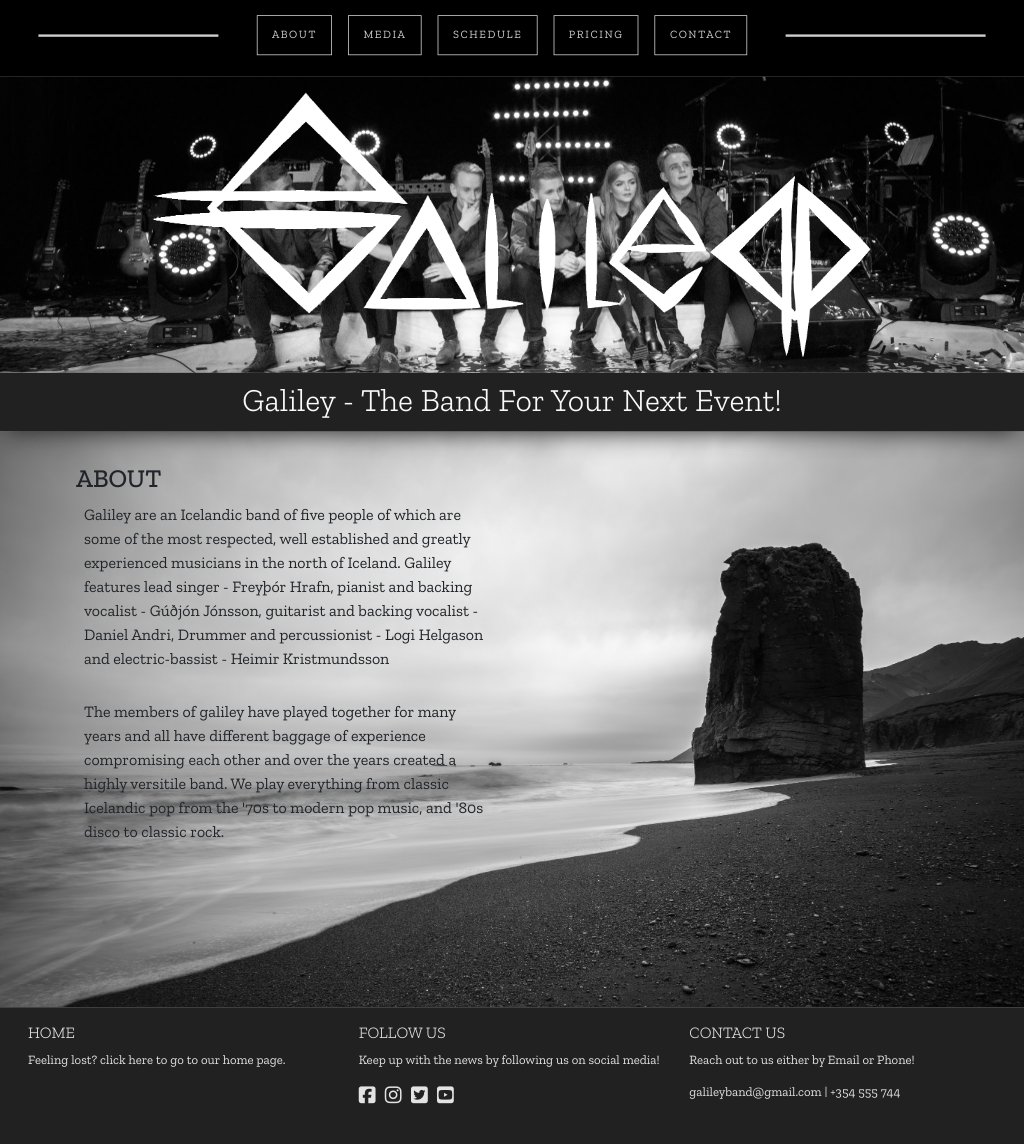
Repository: HeimirDavid/Galiley-Website
Page: index.html
The author's editor kept a record of every edit. The page is drawn from the files as they stood at one moment, then again after the next edit.
The browser window is 1280 px wide. The pictures show the whole page, at 80% of full size.
Backgrounds fixed to the window are drawn as part of the page. Some web libraries are served in a nearby version.

Above is the page before.

### index.html
<!DOCTYPE html>
<html lang="en">

<head>
    <meta charset="UTF-8">
    <meta name="viewport" content="width=device-width, initial-scale=1.0">
    <meta http-equiv="X-UA-Compatible" content="ie=edge">

    <link rel="stylesheet" href="https://stackpath.bootstrapcdn.com/bootstrap/4.3.1/css/bootstrap.min.css" integrity="sha384-ggOyR0iXCbMQv3Xipma34MD+dH/1fQ784/j6cY/iJTQUOhcWr7x9JvoRxT2MZw1T" crossorigin="anonymous">
    <link rel="stylesheet" href="https://cdnjs.cloudflare.com/ajax/libs/hover.css/2.3.1/css/hover-min.css" type="text/css" />
    <link rel="stylesheet" href="assets/css/style.css" type="text/css" />

    <script src="https://code.jquery.com/jquery-3.3.1.slim.min.js" integrity="sha384-q8i/X+965DzO0rT7abK41JStQIAqVgRVzpbzo5smXKp4YfRvH+8abtTE1Pi6jizo" crossorigin="anonymous"></script>
    <script src="https://cdnjs.cloudflare.com/ajax/libs/popper.js/1.14.7/umd/popper.min.js" integrity="sha384-UO2eT0CpHqdSJQ6hJty5KVphtPhzWj9WO1clHTMGa3JDZwrnQq4sF86dIHNDz0W1" crossorigin="anonymous"></script>
    <script src="https://stackpath.bootstrapcdn.com/bootstrap/4.3.1/js/bootstrap.min.js" integrity="sha384-JjSmVgyd0p3pXB1rRibZUAYoIIy6OrQ6VrjIEaFf/nJGzIxFDsf4x0xIM+B07jRM" crossorigin="anonymous"></script>
    <script src="https://kit.fontawesome.com/2ea8c5e5d2.js" crossorigin="anonymous"></script>

    <title>Galiley</title>
</head>

<body>
    <header>
        <!------ Header Navigation Menu, Mainly written with bootstrap  ------>
        <div class="row no-gutters">
            <div class="col black-container">
                <nav class="navbar fixed-top navbar-expand-md navbar-dark bg-dark" id="navbar-black-color"> <!-- Navbar position with help of this  -->
                    <a class="navbar-brand" href="index.html">Galiley - Home</a>                            <!-- tutorial: https://www.youtube.com/watch?v=NzjU1GmKosQ&t=90s  -->
                    <button class="navbar-toggler" type="button" data-toggle="collapse" data-target="#navbarSupportedContent" aria-controls="navbarSupportedContent" aria-expanded="false" aria-label="Toggle navigation">
                    <span class="navbar-toggler-icon"></span></button>
                    <div class="collapse navbar-collapse" id="navbarSupportedContent">
                        <ul class="navbar-nav m-auto">
                            <li class="nav-item menuitem">
                                <a class="nav-link" href="index.html"><span>About</span></a>
                            </li>
                            <li class="nav-item menuitem">
                                <a class="nav-link" href="media.html"><span>Media</span></a>
                            </li>
                            <li class="nav-item menuitem">
                                <a class="nav-link" href="schedule.html"><span>Schedule</span></a>
                            </li>
                            <li class="nav-item menuitem">
                                <a class="nav-link" href="pricing.html"><span>Pricing</span></a>
                            </li>
                            <li class="nav-item menuitem">
                                <a class="nav-link" href="contact.html"><span>Contact</span></a>
                            </li>
                        </ul>
                    </div>
                </nav>
            </div>
        </div>

        <!------ Header Logo Image ------>
        <div class="logo-container">
            <div class="row no-gutters">
                <div class="col header-background-img">
                    <a href="#">
                    <img class="logo-white" src="assets/images/galiley_vit.png">
                </a>
                </div>
            </div>
        </div>

        <!------ Header Text  ------>
        <div class="row no-gutters">
            <div class="col h1-heading">
                <h1>Galiley - The Band For Your Next Event!</h1>
            </div>
        </div>
    </header>

    <!-- About section, inspired by sample projects at CI more specific Haley Schafer - StudentExampleProjectGradeFive-->
    <section id="about-image">
        <div class="container">
            <div class="row about-row">
                <div class="col-md-6">
                    <h2 class="header-h2 uppercase">
                        About
                    </h2>
                    <p class="about-text">
                        Galiley are an Icelandic band of five people of which are some of the most respected, well established
                        and greatly experienced musicians in the north of Iceland. Galiley features lead singer - Freyþór Hrafn,
                        pianist and backing vocalist - Gúðjón Jónsson, guitarist and backing vocalist - Daniel Andri, Drummer and
                        percussionist - Logi Helgason and electric-bassist - Heimir Kristmundsson
                    </p>
                    <p class="about-text">
                        The members of galiley have played together for many
                        years and all have different baggage of experience compromising each other and over the years created a highly
                        versitile band. We play everything from classic Icelandic pop from the '70s to modern pop music, and
                        '80s disco to classic rock.
                    </p>
                </div>
            </div>
        </div>
    </section>

    <footer>        <!------ Footer section, Mainly structured and written with the help from CI tutorials from the Resume-Project.
                             Since i liked the design and strucure and felt that it fits well within this project. ------>
        <div class="container-fluid">
            <div class="row" id="footer-details">
                <div class="col-sm-4">
                    <h5 class="uppercase footer-heading">
                        <a href="index.html" class="footer-links">Home</a>
                    </h5>
                    <p class="inline-block">Feeling lost? click here to go to our home page.</p>
                </div>

                <div class="col-sm-4">
                    <h5 class="uppercase footer-heading">Follow Us</h5>
                    <p class="inline-block">Keep up with the news by following us on social media!</p>
                    <ul class="list-inline social-media-links">
                        <li class="list-inline-item">
                            <a class="footer-links" target="_blank" href="https://www.facebook.com/GalileyBand/">
                                <i class="fab fa-facebook-square"></i>
                                <span class="sr-only">Facebook</span>
                            </a>
                        </li>
                        <li class="list-inline-item">
                            <a class="footer-links" target="_blank" href="#">
                                <i class="fab fa-instagram"></i>
                                <span class="sr-only">Instagram</span>
                            </a>
                        </li>
                        <li class="list-inline-item">
                            <a class="footer-links" target="_blank" href="#">
                                <i class="fab fa-twitter-square"></i>
                                <span class="sr-only">Twitter</span>
                            </a>
                        </li>
                        <li class="list-inline-item">
                            <a class="footer-links" target="_blank" href="#">
                                <i class="fab fa-youtube-square"></i>
                                <span class="sr-only">Youtube</span>
                            </a>
                        </li>
                    </ul>
                </div>

                <div class="col-sm-4">
                    <h5 class="uppercase footer-heading">Contact Us</h5>
                    <p class="inline-block">Reach out to us either by Email or Phone!</p>
                    <p>galileyband@gmail.com | +354 555 744</p>
                </div>
            </div>
        </div>
    </footer>
</body>

</html>

### assets/css/style.css
@import url('https://fonts.googleapis.com/css?family=Zilla+Slab:300,400,500,600,700&display=swap');

body {
    font-family: 'Zilla Slab', serif;
    background-color: #e3e3e3;

}

/*--------------------------------- Colour */

.green-color {
    color: #35af7e;
}

.wine-red-color {
    color: #b11226;
}

/*------------------------------- Special padding/margins/text */

h1, h2, h3, h4, h5 {
    margin: 0;
}

.uppercase {
    text-transform: uppercase;
}

.inline-block {
    display: inline-block;
}


/*--------------------------------- Navbar/Menu */

.navbar {
    opacity: 0.9;
    text-align: center;
    padding-bottom: 1.2em;
}

.menuitem {
    height: 50px;
    text-align: center;
    padding-left: 10px;
    padding-right: 10px;
    margin: 0px 10px 0px 10px;
    border: 1px solid #e3e3e3;
    transition: ease-in-out 0.3s;
    -moz-transition: ease-in-out 0.3s;
    -webkit-transition: ease-in-out 0.3s;
    -o-transition: ease-in-out 0.3s;
}

.menuitem a {
    width: 100%;
    text-decoration: none;
    color: #e3e3e3;
    height: 120px;
}

.menuitem a i {
    padding-top: 22px;
    display: block;
    color: #e3e3e3;
    font-size: 26px;
}

.menuitem span {
    display: block;
    width: 100%;
    padding-top: 5px;
    text-align: center;
    text-transform: uppercase;
    font-size: 14px;
    font-weight: 400;
    letter-spacing: 2px;
    transition: ease-in-out 0.3s;
    -moz-transition: ease-in-out 0.3s;
    -webkit-transition: ease-in-out 0.3s;
    -o-transition: ease-in-out 0.3s;
    color: #e3e3e3;

}

.menuitem:hover {
    background-color: #e3e3e3;
}

.menuitem:hover.menuitem span {
    color: #212121;
}

.navbar::before,     /* Before and After used from inspiration of this tutorial: https://www.youtube.com/watch?v=zGiirUiWslI   */
.navbar::after {
    content: "";
    margin-left: 2em;
    margin-right: 2em;
    width: 18%;
    height: 0.2em;
    background-color: #e3e3e3;
}

.navbar::after {
    width: 20%;
}

.fixed-top {
    padding-top: 1.2em;
}

.navbar-brand {
    display: none;
}

#navbar-black-color {
    background-color: #000!important;
}




/*--------------------------------- Header */

.black-container {
    position: relative;
    top: 0;
    left: 0;
    width: 100%;
    height:6em;
    background-color: #000;
}

.h1-heading {
    color: #fafafa;
    padding: 10px 0px 15px 0px;
    text-align: center;
    background-color: #212121;
    box-shadow: 0px 10px 30px -10px #212121;
}

.h1-heading h1 {
    font-weight: 300;
}

.header-background-img {
    display: block;
    background-image: url("../images/galiley_diddi.jpg");
    padding: 20px;
    background-size: cover;
}

/*
.logo-container {
    margin-top: 7%;
}
*/

.logo-white {
    opacity: 1.9;
    display: block;
    margin-left: auto;
    margin-right: auto;
    width: 70%;
}

/*--------------------------------- Footer */

footer {
    background-color: #212121;
    color: #e3e3e3;
    min-height: 100px;
    margin: 0;
}

.footer-heading {
    font-weight: 300;
    text-decoration: none;
    margin-bottom: 10px;
}

.footer-heading a {
    transition: ease-in-out 0.3s;
    -moz-transition: ease-in-out 0.3s;
    -webkit-transition: ease-in-out 0.3s;
    -o-transition: ease-in-out 0.3s;
}

.footer-heading a:hover {
    color: #a5a5a5;
    text-decoration: none;
}

.footer-links {
    color: #e3e3e3;
}

.social-media-links {
    padding-bottom: 10px;
}

.social-media-links li a i {
    font-size: x-large;
    padding: 10px 0px;
    line-height: 10px;
    transition: ease-in-out 0.3s;
    -moz-transition: ease-in-out 0.3s;
    -webkit-transition: ease-in-out 0.3s;
    -o-transition: ease-in-out 0.3s;
}

.social-media-links li a i:hover {
    color: #35af7e;
}

#footer-details {
    padding: 20px;
}

/*--------------------------------- About Section */

.about-row {
    padding: 40px 10px 20px 10px;
}

.heading-h2 {
    font-weight: 400;
    padding: 10px 10px 20px 10px;
    letter-spacing: 1.5px;
}

.about-text {
    font-size: 20px;
    padding: 10px;
}

/*--------------------------------- Media Queries */

@media (max-width: 767px) {
    .navbar::before,
    .navbar::after {
        display: none;
    }

    .navbar-brand {
        display: block;
    }

    .fixed-top {
        padding: 1em;
    }
}

@media (min-width: 767px) {
    #about-image {
    background-image: url("../images/about-sea-image.jpg");
    background-attachment: fixed;
    background-size: cover;
    height: 100vh;
    width: 100%;
    }

}

@media (min-width: 767px) and (max-width: 1000px) {
    #about-image {
    background-image: url("../images/about-sea-image.jpg");
    background-attachment: fixed;
    background-size: cover;
    height: 180vh;
    width: 100%;
    }
}

After the next edit:
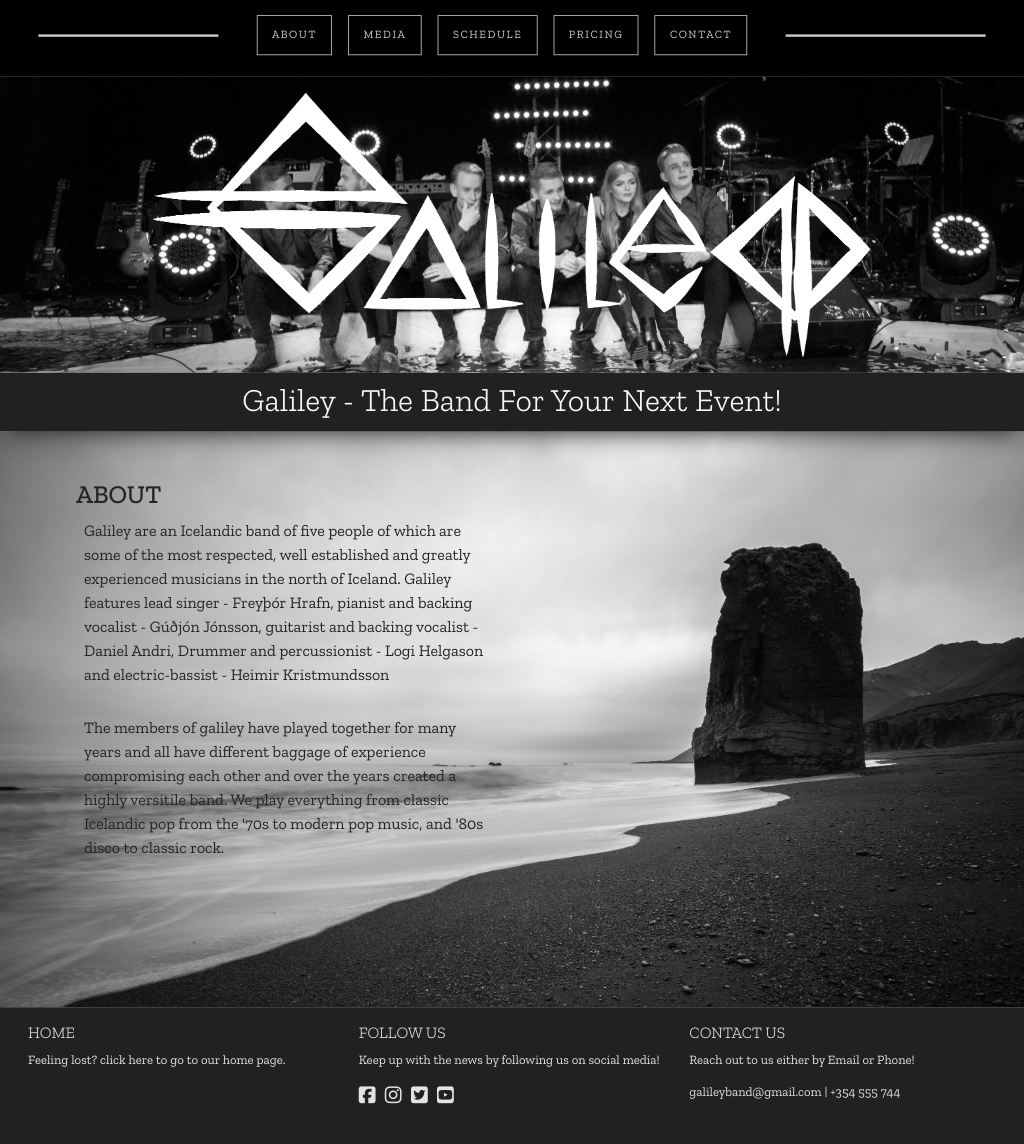
The edit:
--- a/assets/css/style.css
+++ b/assets/css/style.css
@@ -220,7 +220,7 @@
 /*--------------------------------- About Section */
 
 .about-row {
-    padding: 40px 10px 20px 10px;
+    padding: 60px 10px 20px 10px;
 }
 
 .heading-h2 {
